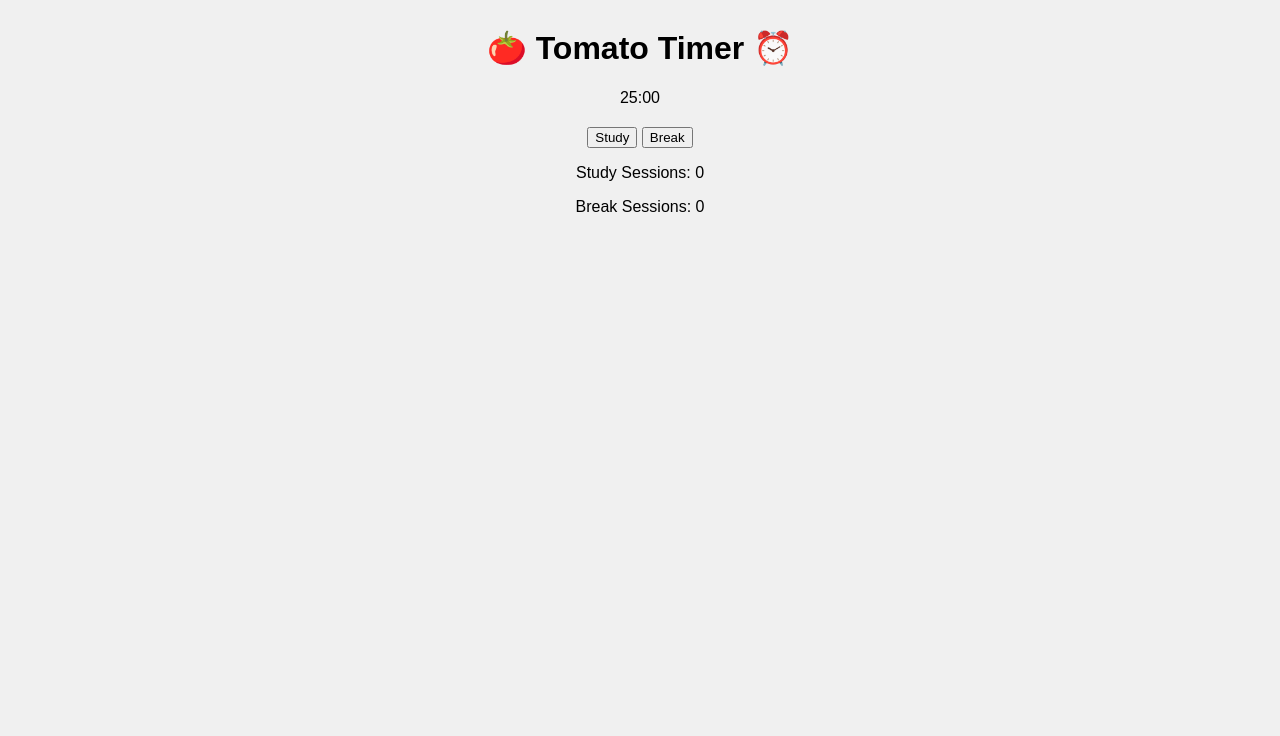
Repository: valentinaarojas/tomato-timer
Page: index.html
An editor plug-in stored every save of this project. The page is shown before and after a run of saves, followed by the edit.
The browser window is 1280 px wide. The pictures show the whole page.

Above is the page before, as saved 2025-02-06 19:57:48.

### index.html
<!DOCTYPE html>
<html lang="en">
<head>
    <title>Tomato Timer</title>
    <link rel="stylesheet" href="styles.css">
</head>
<body>
    <div id="container">
        <h1>🍅 Tomato Timer ⏰</h1>
        <div id="timer-display">
            <span id="time-left">25:00</span>
        </div>
        <div id="buttons">
            <button id="study-btn">Study</button>
            <button id="break-btn">Break</button>
        </div>
        <div id="session-count">
            <p>Study Sessions: <span id="study-count">0</span></p>
            <p>Break Sessions: <span id="break-count">0</span></p>
        </div>
    </div>
</body>
</html>

### styles.css
body {
    font-family: Arial, sans-serif;
    background-color: #f0f0f0;
    display: flex;
    justify-content: center;
    text-align: center;
    height: 100vh;
}

.container {
    text-align: center;
}

#timer-display {
    margin: 20px 0;
}

After the next 2 saves:
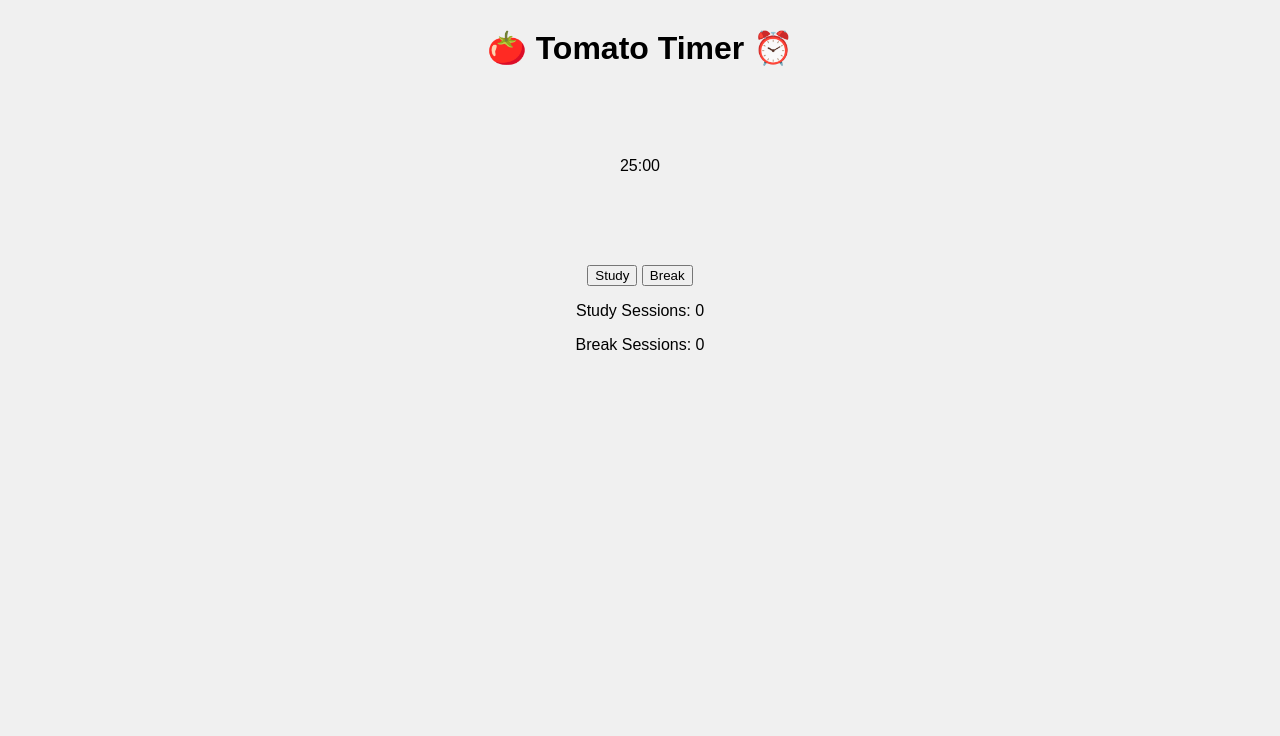
The 2 saves are shown as one change because they came seconds apart.
The last was saved 12 s later.
--- a/styles.css
+++ b/styles.css
@@ -12,5 +12,5 @@
 }
 
 #timer-display {
-    margin: 20px 0;
+    margin: 90px 0;
 }

After the save that followed:
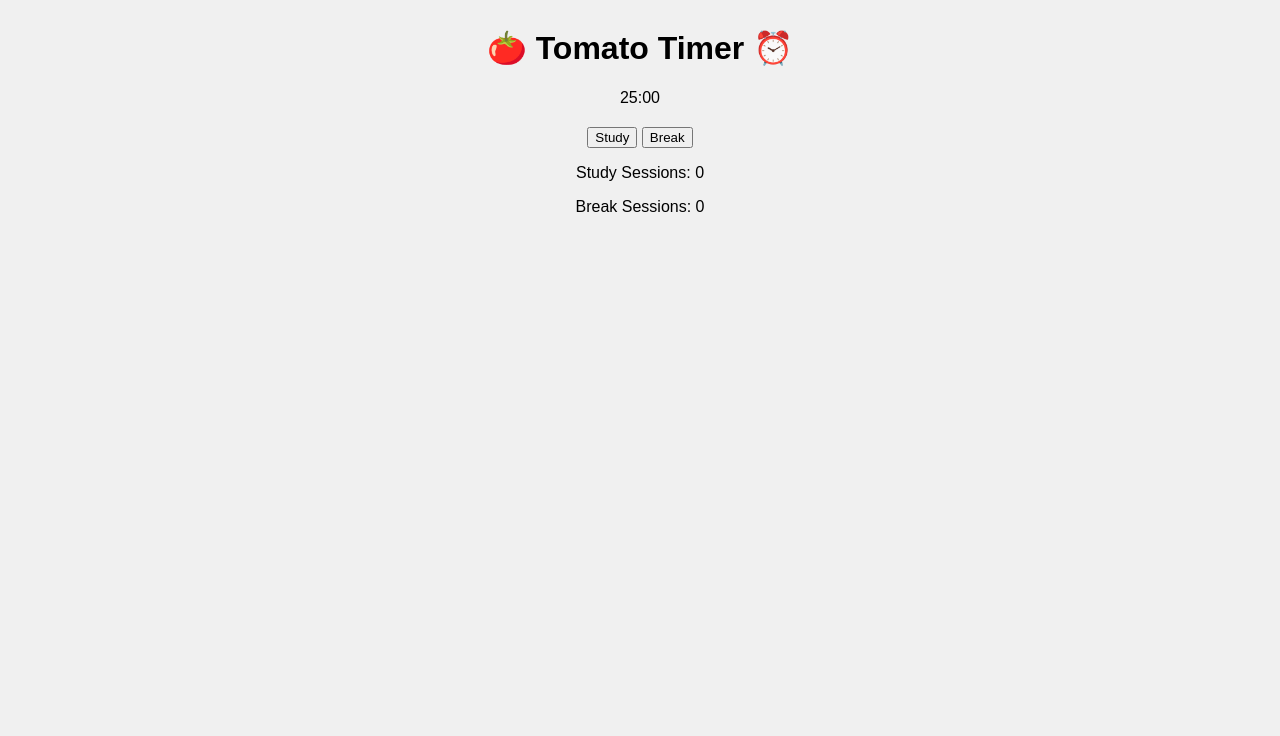
Saved 15 s later.
--- a/styles.css
+++ b/styles.css
@@ -12,5 +12,5 @@
 }
 
 #timer-display {
-    margin: 90px 0;
+    margin: 20px 0;
 }
